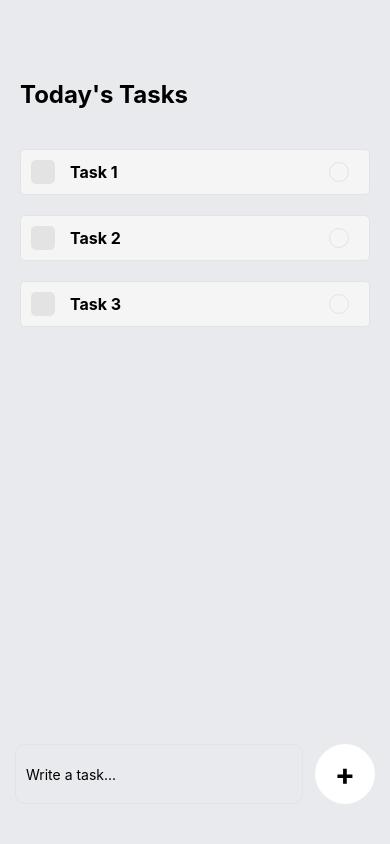
Repository: lomelo-x/ToDo-App
Screen: /
These files come from the project's save history. The screen is drawn as it stood at one moment and after the next save; the edit follows.
The app was drawn by React Native's web renderer in a window 390 px wide. The project was rebuilt for these pictures with package versions that can differ from the ones it lists, and the page was loaded fresh each time.

Above is the screen before, as saved 2022-06-17 21:35:36.

After the next save:
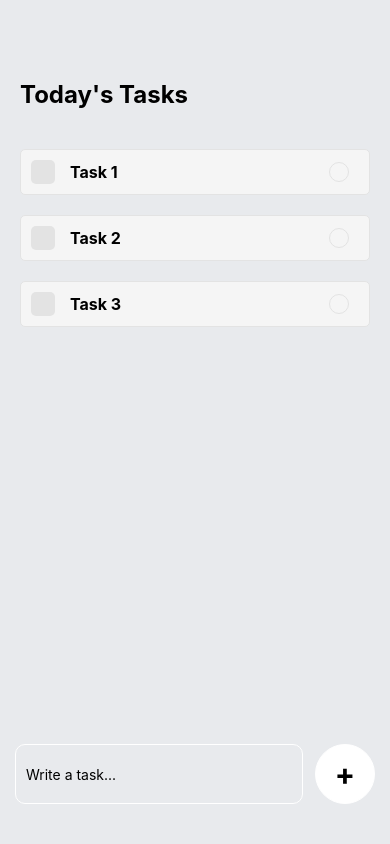
Saved 12 s later.
--- a/App.js
+++ b/App.js
@@ -58,7 +58,7 @@ const styles = StyleSheet.create({
 	},
 writeTaskInput: {
 		borderWidth: 1,
-		borderColor: '#e3e3e3',
+		borderColor: '#fff',
 		borderRadius: 10,
 		padding: 10,
 		marginBottom: 20,
